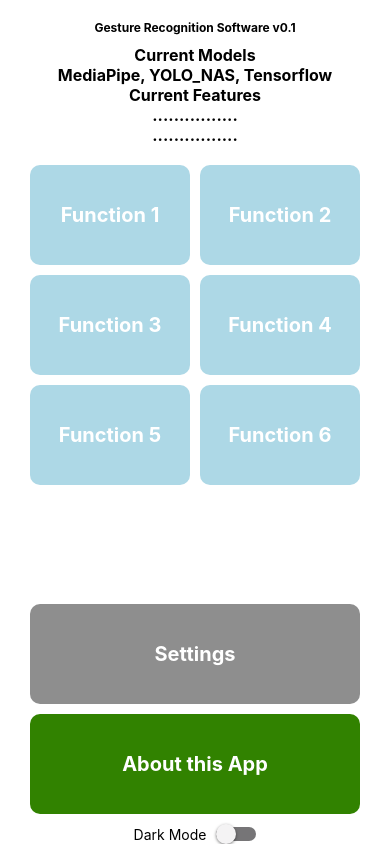
Repository: hajin-park/V-QUIP
Page: / (app in frontend/react-native-app/)
An editor plug-in stored every save of this project. The page is shown before and after the next save, followed by the edit.
The browser window is 390 px wide. The pictures show the whole page.
The app was drawn by React Native's web renderer in a window 390 px wide. The project was rebuilt for these pictures with package versions that can differ from the ones it lists, and the page was loaded fresh each time.

Above is the page before, as saved 2024-04-08 00:12:18.

### frontend/react-native-app/App.js
import React, { useState } from 'react';
import { StatusBar } from 'expo-status-bar';
import { StyleSheet, Text, View, TouchableOpacity, Switch } from 'react-native';

export default function App() {
  const [darkMode, setDarkMode] = useState(false);

  const handleOptionClick = (option) => {
    // Handle click event for the selected option
    console.log(`Function ${option} clicked`);
  };

  return (
    <View style={[styles.container, darkMode && styles.darkContainer]}>
      <Text style={[styles.title, darkMode && styles.darkText]}>Gesture Recognition Software v0.1</Text>
      <View style={styles.infoBox}>
        <Text style={[styles.infoText, darkMode && styles.darkText]}>Current Models</Text>
        <Text style={[styles.infoText, darkMode && styles.darkText]}>MediaPipe, YOLO_NAS, Tensorflow</Text>
        <Text style={[styles.infoText, darkMode && styles.darkText]}>Current Features</Text>
        <Text style={[styles.infoText, darkMode && styles.darkText]}>................</Text>
        <Text style={[styles.infoText, darkMode && styles.darkText]}>................</Text>
      </View>
      <View style={styles.content}>
        <View style={styles.row}>
          <TouchableOpacity style={[styles.box, darkMode && styles.darkBox]} onPress={() => handleOptionClick(1)}>
            <Text style={[styles.text, darkMode && styles.darkText]}>Function 1</Text>
          </TouchableOpacity>
          <TouchableOpacity style={[styles.box, darkMode && styles.darkBox]} onPress={() => handleOptionClick(2)}>
            <Text style={[styles.text, darkMode && styles.darkText]}>Function 2</Text>
          </TouchableOpacity>
        </View>
        <View style={styles.row}>
          <TouchableOpacity style={[styles.box, darkMode && styles.darkBox]} onPress={() => handleOptionClick(3)}>
            <Text style={[styles.text, darkMode && styles.darkText]}>Function 3</Text>
          </TouchableOpacity>
          <TouchableOpacity style={[styles.box, darkMode && styles.darkBox]} onPress={() => handleOptionClick(4)}>
            <Text style={[styles.text, darkMode && styles.darkText]}>Function 4</Text>
          </TouchableOpacity>
        </View>
        <View style={styles.row}>
          <TouchableOpacity style={[styles.box, darkMode && styles.darkBox]} onPress={() => handleOptionClick(5)}>
            <Text style={[styles.text, darkMode && styles.darkText]}>Function 5</Text>
          </TouchableOpacity>
          <TouchableOpacity style={[styles.box, darkMode && styles.darkBox]} onPress={() => handleOptionClick(6)}>
            <Text style={[styles.text, darkMode && styles.darkText]}>Function 6</Text>
          </TouchableOpacity>
        </View>
      </View>
      {/* Settings and About This App boxes */}
      <View style={styles.row}>
          <TouchableOpacity style={[styles.box2, darkMode && styles.darkBox]} onPress={() => handleOptionClick(5)}>
            <Text style={[styles.text, darkMode && styles.darkText]}>Settings</Text>
          </TouchableOpacity>
      </View>
      <View style={styles.row}>
          <TouchableOpacity style={[styles.box3, darkMode && styles.darkBox]} onPress={() => handleOptionClick(6)}>
            <Text style={[styles.text, darkMode && styles.darkText]}>About this App</Text>
          </TouchableOpacity>
        </View>
      <View style={styles.darkModeSwitchContainer}>
        <Text style={[styles.darkModeText, darkMode && styles.darkText]}>Dark Mode</Text>
        <Switch
          trackColor={{ false: "#767577", true: "#81b0ff" }}
          thumbColor={darkMode ? "#f5dd4b" : "#f4f3f4"}
          ios_backgroundColor="#3e3e3e"
          onValueChange={() => setDarkMode(!darkMode)}
          value={darkMode}
        />
      </View>
      <StatusBar style="auto" />
    </View>
  );
}

const styles = StyleSheet.create({
  container: {
    flex: 1,
    backgroundColor: '#fff',
    paddingHorizontal: 10,
    paddingTop: 20,
  },
  darkContainer: {
    backgroundColor: '#121212',
  },
  title: {
    fontSize: 12,
    fontWeight: 'bold',
    marginBottom: 10,
    textAlign: 'center',
  },
  darkText: {
    color: '#ffffff',
  },
  infoBox: {
    alignItems: 'center',
    marginBottom: 20,
  },
  infoText: {
    fontSize: 16,
    fontWeight: 'bold',
    color: '#000000',
  },
  content: {
    flex: 1,
    alignItems: 'center',
  },
  row: {
    flexDirection: 'row',
    justifyContent: 'center',
    marginBottom: 10,
  },
  box: {
    width: 160,
    height: 100,
    backgroundColor: '#ADD8E6', // Light blue color
    borderRadius: 10, // Rounded edges
    alignItems: 'center',
    justifyContent: 'center',
    marginHorizontal: 5,
  },
  box2: {
    width: 330,
    height: 100,
    backgroundColor: '#8e8e8e', // Light blue color
    borderRadius: 10, // Rounded edges
    alignItems: 'center',
    justifyContent: 'center',
    marginHorizontal: 10,
  },
  box3: {
    width: 330,
    height: 100,
    backgroundColor: '#318200', // Light blue color
    borderRadius: 10, // Rounded edges
    alignItems: 'center',
    justifyContent: 'center',
    marginHorizontal: 10,
  },
  text: {
    fontSize: 20,
    fontWeight: 'bold',
    color: '#FFFFFF', // White text color
  },
  darkBox: {
    backgroundColor: '#2d2d2d', // Dark gray color
  },
  horizontalContainer: {
    flexDirection: 'row',
    justifyContent: 'space-between',
    marginBottom: 10,
  },
  horizontalBox: {
    width: '70%',
    height: 80,
    backgroundColor: '#ADD8E6', // Light blue color
    borderRadius: 10, // Rounded edges
    alignItems: 'center',
    justifyContent: 'center',
  },
  darkModeSwitchContainer: {
    flexDirection: 'row',
    alignItems: 'center',
    justifyContent: 'center',
  },
  darkModeText: {
    marginRight: 10,
    color: '#000000',
  },
});

After the next save:
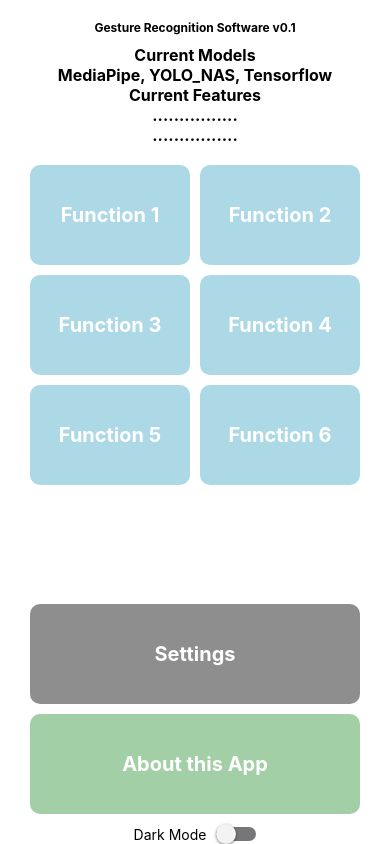
Saved 57 s later.
--- a/frontend/react-native-app/App.js
+++ b/frontend/react-native-app/App.js
@@ -130,7 +130,7 @@ const styles = StyleSheet.create({
   box3: {
     width: 330,
     height: 100,
-    backgroundColor: '#318200', // Light blue color
+    backgroundColor: '#A3CFA7', // Light blue color
     borderRadius: 10, // Rounded edges
     alignItems: 'center',
     justifyContent: 'center',
